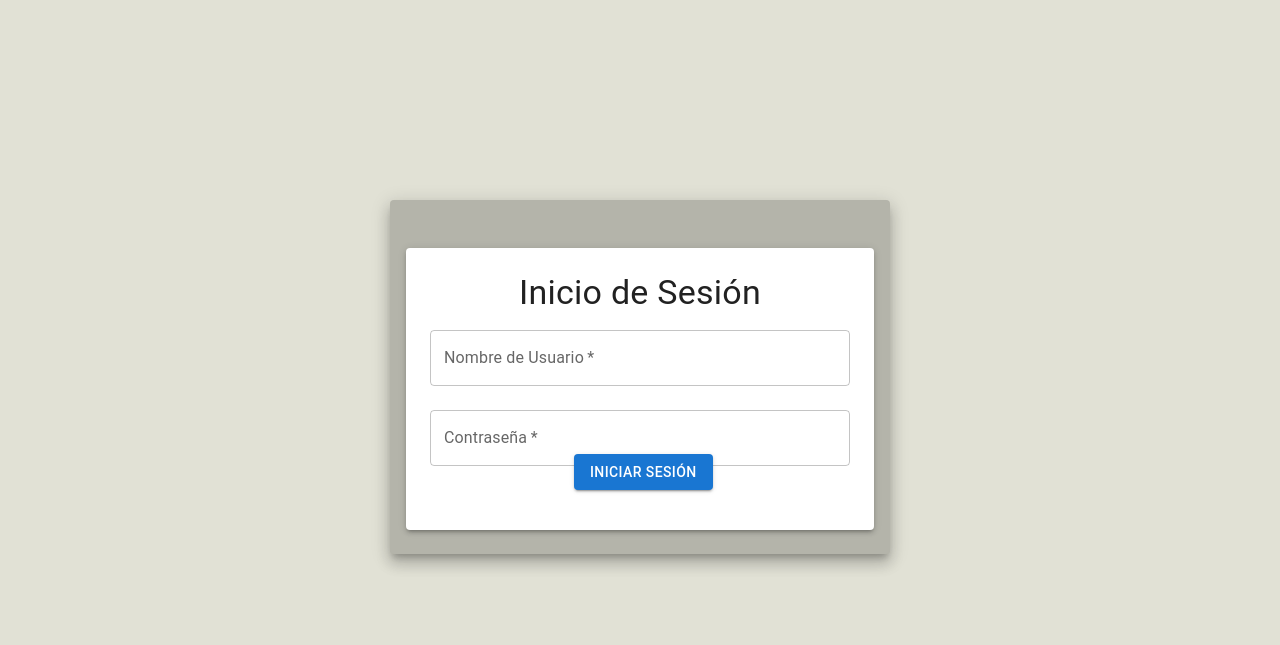
Repository: Mpablom/usuarioCaC-integrador-final-front
Page: /login
These files come from the project's save history. The page is drawn as it stood at one moment and after the next save; the edit follows.
The browser window is 1280 px wide. The pictures show the whole page.
The project was rebuilt for these pictures with package versions that can differ from the ones it lists, and the page was loaded fresh each time. Also part of the build but not shown: vite.config.ts, src/components/UsuariosTable.tsx.

Above is the page before, as saved 2024-07-11 00:36:28.

### src/App.tsx
// App.tsx (o donde configures tus rutas)
import React from 'react';
import {
  BrowserRouter as Router,
  Route,
  Routes,
  Navigate,
} from 'react-router-dom';
import Login from './components/Login'; // Componente de inicio de sesión
import UsuariosTable from './components/UsuariosTable'; // Componente de la tabla de usuarios

const App: React.FC = () => {
  return (
    <Router>
      <Routes>
        <Route path="/login" element={<Login />} />
        <Route path="/usuarios" element={<UsuariosTable />} />
        <Route path="/" element={<Navigate to="/login" />} />
      </Routes>
    </Router>
  );
};

export default App;

### src/index.css
 :root {
  font-family: system-ui, -apple-system, BlinkMacSystemFont, 'Segoe UI', Roboto;
  line-height: 1.5;
  /* font-weight: 400; */

  color-scheme: light dark;
  color: rgba(255, 255, 255, 0.87);
  background-color: #E1E1D5;

  font-synthesis: none;
  text-rendering: optimizeLegibility;
  -webkit-font-smoothing: antialiased;
  -moz-osx-font-smoothing: grayscale;
}
Card{
  background-color: #B4B4AA;
}
/*
a {
  font-weight: 500;
  color: #646cff;
  text-decoration: inherit;
}
a:hover {
  color: #535bf2;
}

body {
  margin: 0;
  display: flex;
  place-items: center;
  min-width: 320px;
  min-height: 100vh;
}

h1 {
  font-size: 3.2em;
  line-height: 1.1;
  color: #1a1a1a;
}

button {
  border-radius: 8px;
  border: 1px solid transparent;
  padding: 0.6em 1.2em;
  font-size: 1em;
  font-weight: 500;
  font-family: inherit;
  background-color: #1a1a1a;
  cursor: pointer;
  transition: border-color 0.25s;
}
button:hover {
  border-color: #646cff;
}
button:focus,
button:focus-visible {
  outline: 4px auto -webkit-focus-ring-color;
}

@media (prefers-color-scheme: light) {
  :root {
    color: #213547;
    background-color: #ffffff;
  }
  a:hover {
    color: #747bff;
  }
  button {
    background-color: #f9f9f9;
  }
}
 */

### src/components/Login.tsx
import {
  Button,
  Card,
  CardContent,
  CardHeader,
  Container,
  TextField,
  Typography,
} from "@mui/material";
import { login } from "../axios/UsuarioApi";
import { useState } from "react";
import { useNavigate } from "react-router-dom";

const Login: React.FC = () => {
  const [username, setUsername] = useState("");
  const [password, setPassword] = useState("");
  const [error, setError] = useState("");
  const navigate = useNavigate();
  const handleLogin = async (event: React.FormEvent<HTMLFormElement>) => {
    event.preventDefault();
    setError("");
    try {
      const response = await login({ username, password });
      if (response.message === "Autenticación exitosa") {
        navigate("/usuarios");
      }
    } catch (error) {
      setError("Error al iniciar sesión");
    }
  };
  return (
    <Card
      sx={{
        maxWidth: 500,
        margin: "auto",
        boxShadow: "10",
        mt: '200px',
        bgcolor: "#B4B4AA",
      }}
    >
      <CardHeader />
      <CardContent>
        <Container sx={{ bgcolor: "#FFFFFF", p: 3, boxShadow: 3, borderRadius: 1 }}>
          <Typography variant="h4" component="h1" textAlign={"center"}>
            Inicio de Sesión
          </Typography>
          <form onSubmit={handleLogin}>
            <TextField
              label="Nombre de Usuario"
              variant="outlined"
              fullWidth
              margin="normal"
              value={username}
              onChange={(e) => setUsername(e.target.value)}
              required
            />
            <TextField
              label="Contraseña"
              variant="outlined"
              fullWidth
              margin="normal"
              type="password"
              value={password}
              onChange={(e) => setPassword(e.target.value)}
              required
              sx={{maxHeight: 20}}
            />
            {error && (
              <Typography color="error" variant="body2">
                {error}
              </Typography>
            )}
            <Button type="submit" variant="contained" color="primary" sx={{ ml:18,my: 2 }}>
              Iniciar Sesión
            </Button>
          </form>
        </Container>
      </CardContent>
    </Card>
  );
};

export default Login;

### src/axios/UsuarioApi.ts
import api from './Api';
import { Usuario, UsuarioLogin } from '../models/UsuarioModel';

export const getUsuarios = async (): Promise<Usuario[]> => {
  const response = await api.get('/usuarios');
  return response.data;
};

export const getUsuarioById = async (id: number): Promise<Usuario> => {
  const response = await api.get(`/usuarios/${id}`);
  return response.data;
};

export const createUsuario = async (usuario: Usuario): Promise<void> => {
  const response = await api.post('/usuarios', usuario);
  return response.data;
};

export const updateUsuario = async (id: number, usuario: Usuario): Promise<void> => {
  const response = await api.put(`/usuarios/${id}`, usuario);
  return response.data;
};

export const deleteUsuario = async (id: number): Promise<void> => {
  const response = await api.delete(`/usuarios/${id}`);
  return response.data;
};

export const restoreUsuario = async (id: number): Promise<void> => {
  const response = await api.patch(`/usuarios/${id}`);
  return response.data;
};
export const login = async (usuarioLogin: UsuarioLogin): Promise<Usuario> => {
    try {
        const response = await api.post(`/usuarios/login`, usuarioLogin);
        return response.data as Usuario; // Asegúrate de que response.data sea del tipo Usuario
    } catch (error) {
        if (error instanceof Error) {
            throw new Error(`Error al iniciar sesión: ${error.message}`);
        } else {
            throw new Error(`Error al iniciar sesión: Error desconocido`);
        }
    }
  }

### src/axios/api.ts
import axios from 'axios';

const api = axios.create({
  baseURL: 'http://localhost:8080',
  headers: {
    'Content-Type': 'application/json',
  },
});

export default api;

Loaded but not shown: index.html (common file); src/main.tsx (common file)

After the next save:
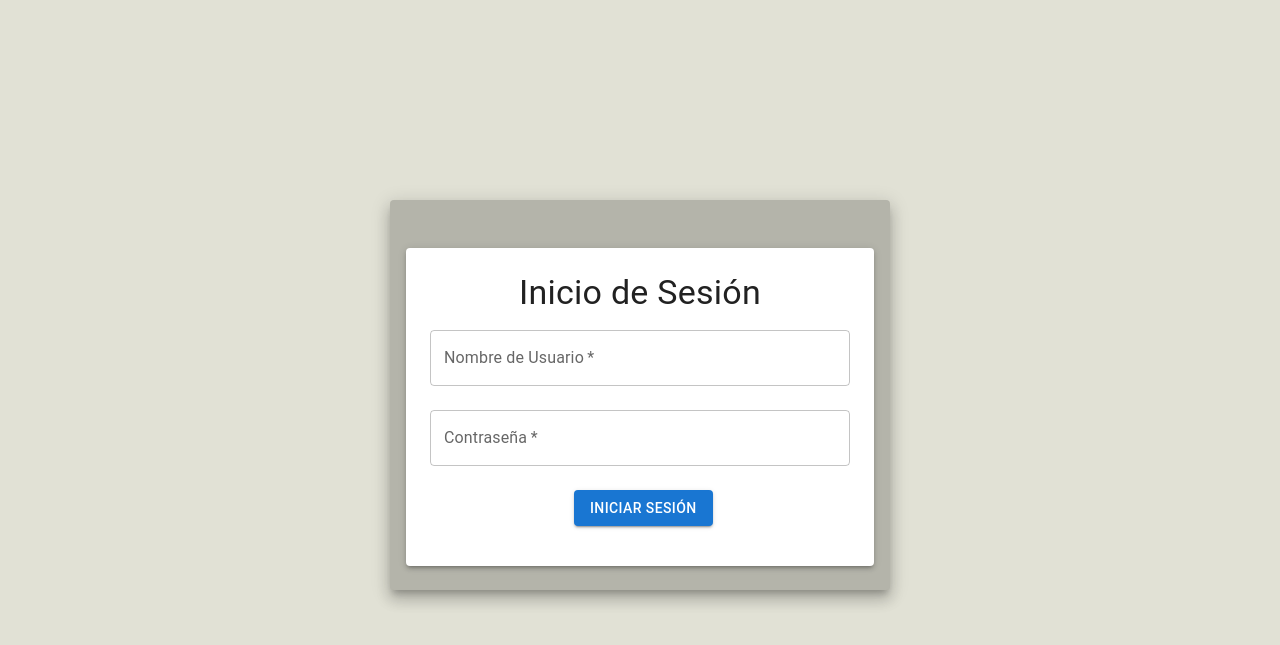
Saved 21 s later.
--- a/src/components/Login.tsx
+++ b/src/components/Login.tsx
@@ -63,7 +63,6 @@ const Login: React.FC = () => {
               value={password}
               onChange={(e) => setPassword(e.target.value)}
               required
-              sx={{maxHeight: 20}}
             />
             {error && (
               <Typography color="error" variant="body2">
